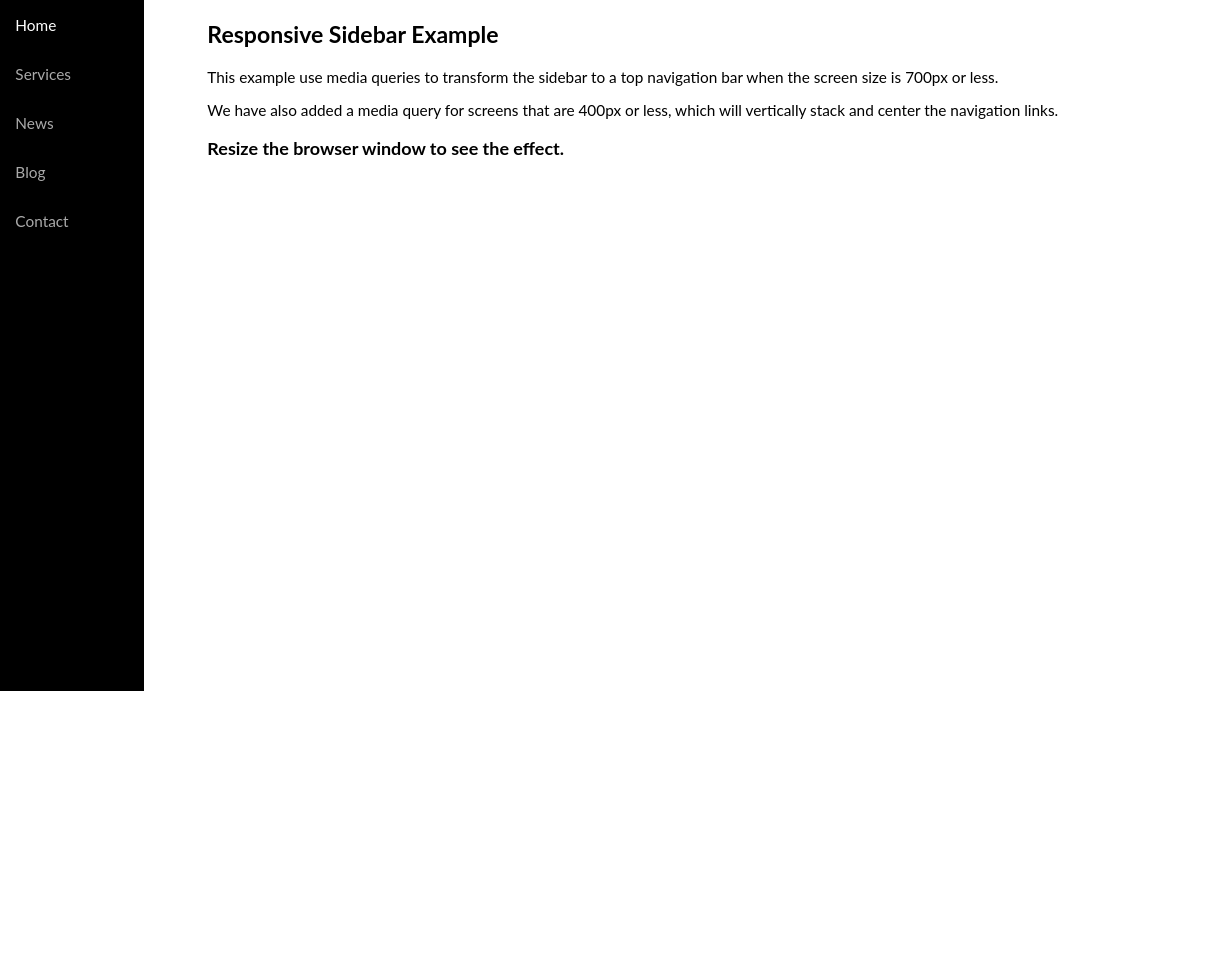
Repository: Chicken2k/testpv
Page: testpv.html
The author's editor kept a copy of each file at every save. The page is drawn from the files as they stood at one save, then again after a run of saves.
The browser window is 1280 px wide. The pictures show the whole page, at 96% of full size.

Above is the page before, as saved 2022-05-09 17:27:06.

After the next 2 saves:
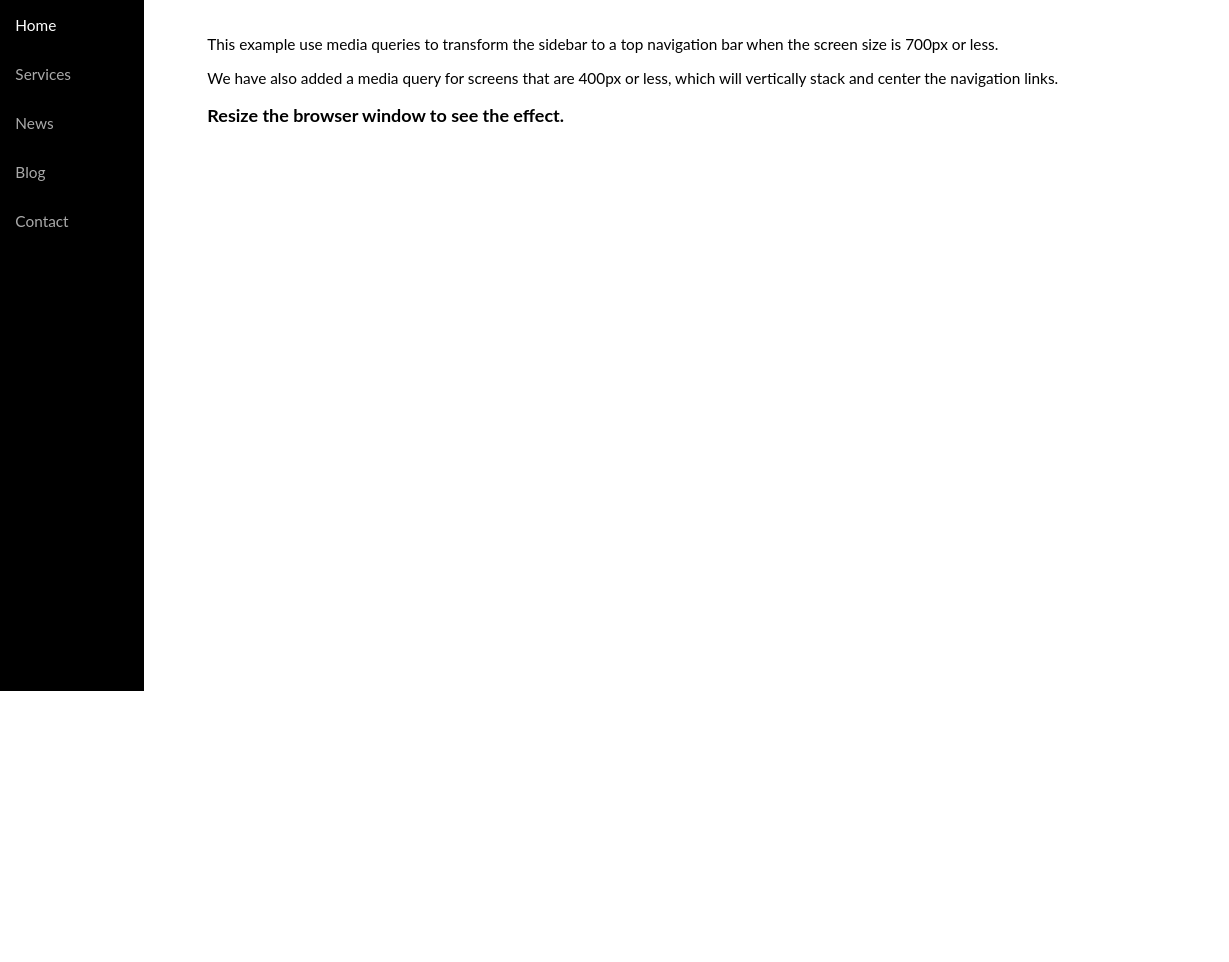
The 2 saves are shown as one change because they came seconds apart.
The last was saved 38 s later.
--- a/testpv.html
+++ b/testpv.html
@@ -20,7 +20,7 @@
     </div>
 
     <div class="content">
-      <h2>Responsive Sidebar Example</h2>
+      <img src="" alt="">
       <p>This example use media queries to transform the sidebar to a top navigation bar when the screen size is 700px or less.</p>
       <p>We have also added a media query for screens that are 400px or less, which will vertically stack and center the navigation links.</p>
       <h3>Resize the browser window to see the effect.</h3>
